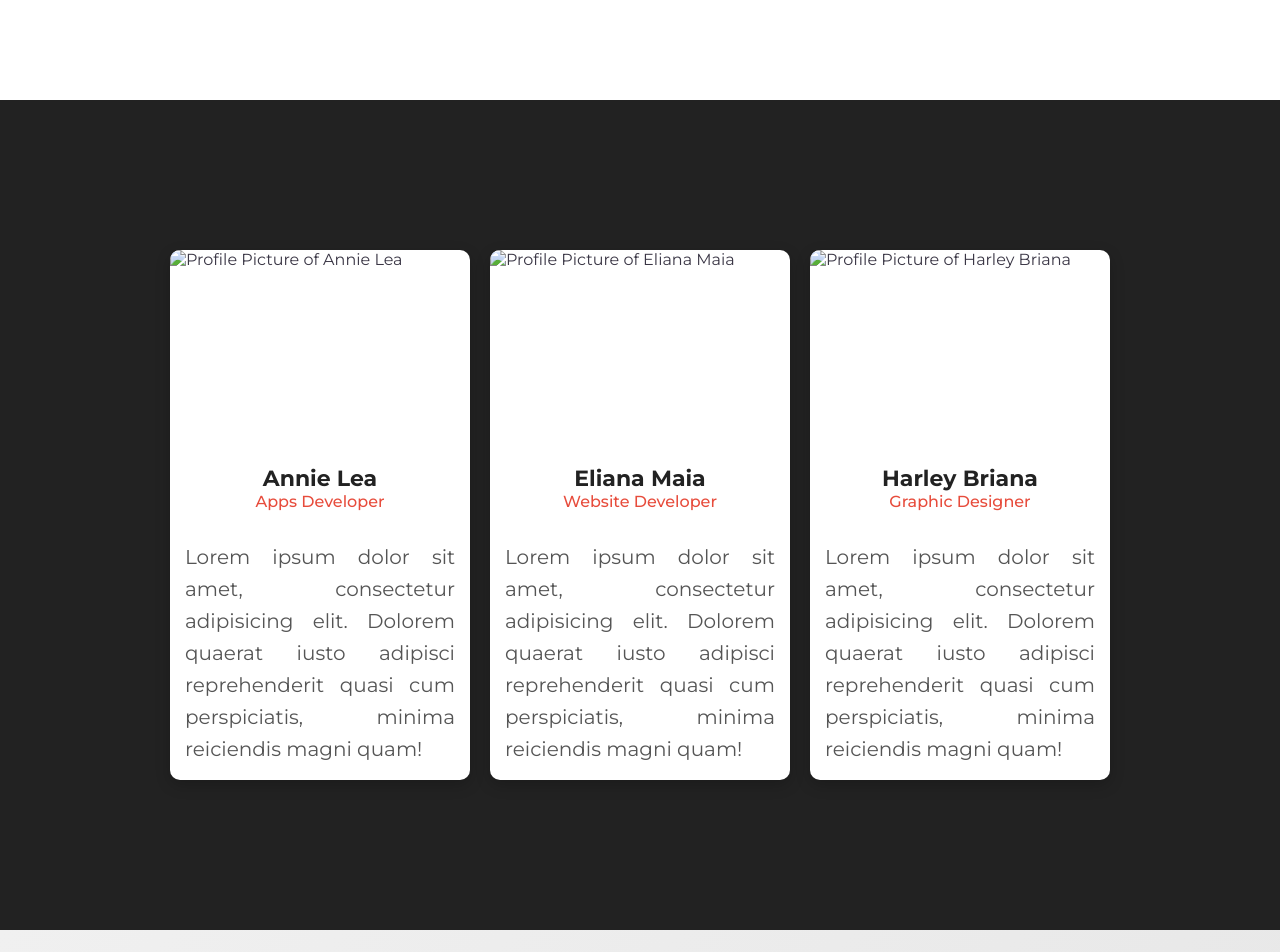
Repository: jahatesu/shelves-and-storage-equipment
Page: index.html
These files come from the project's save history. The page is drawn as it stood at one moment and after the next save; the edit follows.
The browser window is 1280 px wide. The pictures show the part of the page from y = 1995 to 2947 px (the page is 7735 px tall before and 8029 px after).
A picture or video elsewhere on the page could not be fetched, so the positions and the page height are approximate. Backgrounds fixed to the window are drawn as part of the page. Some web fonts or font styles are not loaded; a fallback is used. Some web libraries are served in a nearby version.

Above is the page before, as saved 2025-01-25 19:43:21.
Console error: TypeError: Cannot read properties of null (reading 'querySelector')

### index.html
<!DOCTYPE html>
<html lang="en">
<head>
    <meta charset="UTF-8">
    <meta name="viewport" content="width=device-width, initial-scale=1.0">
    <!-- Remix Icons -->
    <link rel="stylesheet" href="https://cdnjs.cloudflare.com/ajax/libs/remixicon/4.2.0/remixicon.css">
    <!-- Swiper CSS -->
    <link rel="stylesheet" href="assets\js\swiper-bundle.min.js" />
    <!-- CSS -->
    <link rel="stylesheet" href="style.css">
    <script src="https://cdnjs.cloudflare.com/ajax/libs/jquery/3.7.1/jquery.min.js"></script>
    <title>Shelves and Storage</title>
    <link rel="stylesheet" href="https://fonts.googleapis.com/css?family=Material+Symbols+Rounded&opsz,wght,FILL,GRAD@48,400,0,0" />
    <script  src="https://kit.fontawesome.com/64d58efce2.js" crossorigin="anonymous" ></script>
</head>

<body>

    <!-- Navigation Bar -->
    <header class="transparent">
        <div class="logo">
            <img src="assets\images\logo.png" alt="Shelves and Storage Logo">
        </div>

        <div class="navigation">
            <input type="checkbox" id="nav-checkbox">
            <label for="nav-checkbox" class="nav-toggle">
                <i class="ri-menu-fill"></i>
            </label>

            <ul class="nav-menu">
                <li><a href="#">Home</a></li>
                <li><a href="#">About Us</a></li>
                <li><a href="#">Services</a></li>
                <li><a href="#">Products</a></li>
                <li><a href="#">Contact Us</a></li>
            </ul>
        </div>
    </header>

    <!-- Hero Section -->
    <div class="hero">
        <h1 class="animate__animated animate__fadeInDown">Shelves and Storage Equipment</h1>
        <h3 class="animate__animated animate__fadeInUp">Storage and Racking Expert</h3>
    </div>

    <!-- about -->

    <div class="about-section">
        <div class="inner-container">
            <h2 class="section_title">ABOUT US</h2>
            <p class="text">
                Founded in 2015, Shelves and Storage Equipment Inc. is a trusted name in providing customized racking solutions for logistics and warehousing. We specialize in efficient, durable, and scalable storage systems designed to:
            </p>
            <ul class="skills">
    <li><i class="ri-fullscreen-line"></i> Maximize space utilization</li>
    <li><i class="ri-settings-3-line"></i> Enhance operational efficiency</li>
    <li><i class="ri-shield-check-line"></i> Improve safety standards</li>
</ul>
        </div>
    </div>

<!-- About Section -->
<section class="about section" id="about">
    <div class="about_container container grid">
        <div class="about_data">
            <h2 class="section_title">OUR MISSION</h2>
            <p class="about_description">
                Our mission is to empower businesses with tailored storage solutions that adapt to their growing needs.
            </p>
            <span class="section_subtitle">OUR SERVICES</span>
            <ul class="about_list grid">
                <li class="about_list-item">
                    <i class="ri-checkbox-circle-line"></i>
                    <span>Customized Racking Solutions</span>
                </li>
                <li class="about_list-item">
                    <i class="ri-checkbox-circle-line"></i>
                    <span>Warehouse Layout Consultation</span>
                </li>
                <li class="about_list-item">
                    <i class="ri-checkbox-circle-line"></i>
                    <span>Installation & Maintenance
                    </span>
                </li>
                <li class="about_list-item">
                    <i class="ri-checkbox-circle-line"></i>
                    <span>Storage System Upgrades
                    </span>
                </li>
            </ul>
        </div>
        <div class="about_images">
            <img src="assets/images/about_img1.png" alt="image" class="about_img1">
            <img src="assets/images/about_img2.png" alt="image" class="about_img2">
        </div>
    </div>
</section>

<!-- Services Section -->
<div class="services-container">
    <div class="service-card">
      <div class="card-image">
        <img src="#" alt="Profile Picture of Annie Lea">
      </div>
      <div class="card-header">
        <h3 class="name">Annie Lea</h3>
        <p class="role">Apps Developer</p>
      </div>
      <div class="card-content">
        <p>Lorem ipsum dolor sit amet, consectetur adipisicing elit. Dolorem quaerat iusto adipisci reprehenderit quasi cum perspiciatis, minima reiciendis magni quam!</p>
      </div>
    </div>
    <div class="service-card">
      <div class="card-image">
        <img src="#" alt="Profile Picture of Eliana Maia">
      </div>
      <div class="card-header">
        <h3 class="name">Eliana Maia</h3>
        <p class="role">Website Developer</p>
      </div>
      <div class="card-content">
        <p>Lorem ipsum dolor sit amet, consectetur adipisicing elit. Dolorem quaerat iusto adipisci reprehenderit quasi cum perspiciatis, minima reiciendis magni quam!</p>
      </div>
    </div>
    <div class="service-card">
      <div class="card-image">
        <img src="#" alt="Profile Picture of Harley Briana">
      </div>
      <div class="card-header">
        <h3 class="name">Harley Briana</h3>
        <p class="role">Graphic Designer</p>
      </div>
      <div class="card-content">
        <p>Lorem ipsum dolor sit amet, consectetur adipisicing elit. Dolorem quaerat iusto adipisci reprehenderit quasi cum perspiciatis, minima reiciendis magni quam!</p>
      </div>
    </div>
  </div>

<!-- what we offer -->
<section class="services section" id="services">
    <div class="services_container container grid">
        <div class="services_data">
            <div>
                <span class="section_subtitle">WHAT WE OFFER</span>
                <h2 class="section_title">Heavy and Light Duty Racks System</h2>
            </div>
        </div>
        <div class="services_grid">
            <article class="services_card">
                <div class="services_icon">
                    <img src="/assets/images/driveInRack.jpg" alt="Drive in Rack">
                </div>
                <h3 class="services_title">Drive in Rack</h3>
                <p>
                    Forklifts drive into storage lanes, reducing aisle space. Perfect for bulk storage.
                </p>
            </article>
            <article class="services_card">
                <div class="services_icon">
                    <img src="assets/images/cantileverRack.jpg" alt="Cantilever Rack">
                </div>
                <h3 class="services_title">Cantilever Rack</h3>
                <p>
                    Ideal for long, bulky items. Easy loading and unloading, maximizes space. Available in single or double-sided options.
                </p>
            </article>
            <article class="services_card">
                <div class="services_icon">
                    <img src="assets/images/mezzanineFloorRack.jpg" alt="Mezzanine Floor">
                </div>
                <h3 class="services_title">Mezzanine Floor</h3>
                <p>
                    Cost-effective, customizable, and durable. Ideal for storage, offices, or production areas.
                </p>
            </article>
            <article class="services_card">
                <div class="services_icon">
                    <img src="assets/images/radioShuttle.jpeg" alt="Radio Shuttle">
                </div>
                <h3 class="services_title">Radio Shuttle Racking</h3>
                <p>
                    Optimize warehouse space and efficiency. Semi-automated, high-density storage. Fast pallet handling, both FIFO and LIFO.
                </p>
            </article>
        </div>
    </div>
</section>

<!-- products -->
<section class="projects section" id="projects">
    <h2 class="section_title_products">Our Products</h2>
    <div class="projects_container container grid">
        <article class="projects_card">
            <img src="assets/images/narrowAisle.jpg" alt="Narrow Aisle Pallet Racking" class="projects_img">
            <div class="projects_data">
                <h2 class="projects_title">Narrow Aisle Pallet Racking</h2>
            </div>
        </article>
        <article class="projects_card">
            <img src="assets/images/doubleDeep.jpg" alt="Double Deep Pallet Racking" class="projects_img">
            <div class="projects_data">
                <h2 class="projects_title">Double Deep Pallet Racking</h2>
            </div>
        </article>
        <article class="projects_card">
            <img src="assets/images/lightDuty.webp" alt="Light Duty Shelves" class="projects_img">
            <div class="projects_data">
                <h2 class="projects_title">Light Duty Shelves</h2>
            </div>
        </article>
        <article class="projects_card">
            <img src="assets/images/boltLess.webp" alt="Boltless Racks" class="projects_img">
            <div class="projects_data">
                <h2 class="projects_title">Boltless Racks</h2>
            </div>
        </article>
        <article class="projects_card">
            <img src="assets/images/counterBalance.jpg" alt="Tailift Counter Balance" class="projects_img">
            <div class="projects_data">
                <h2 class="projects_title">Tailift Counter Balance</h2>
            </div>
        </article>
        <article class="projects_card">
            <img src="assets/images/reachTruck.jpg" alt="Tailift Reach Truck" class="projects_img">
            <div class="projects_data">
                <h2 class="projects_title">Tailift Reach Truck</h2>
            </div>
        </article>
        <article class="projects_card">
            <img src="assets/images/palletRack.webp" alt="Pallet Rack" class="projects_img">
            <div class="projects_data">
                <h2 class="projects_title">Pallet Rack</h2>
            </div>
        </article>
        <article class="projects_card">
            <img src="assets/images/slottedRack.webp" alt="Slotted Rack" class="projects_img">
            <div class="projects_data">
                <h2 class="projects_title">Slotted Rack</h2>
            </div>
        </article>
        <article class="projects_card">
            <img src="assets/images/smRack.webp" alt="Supermarket Rack" class="projects_img">
            <div class="projects_data">
                <h2 class="projects_title">Supermarket Rack</h2>
            </div>
        </article>
        <article class="projects_card">
            <img src="assets/images/shoppingTrolley.jpg" alt="Shopping Trolley" class="projects_img">
            <div class="projects_data">
                <h2 class="projects_title">Shopping Trolley</h2>
            </div>
        </article>
        <article class="projects_card">
            <img src="assets/images/shoppingBasket.jpg" alt="Shopping Basket" class="projects_img">
            <div class="projects_data">
                <h2 class="projects_title">Shopping Basket</h2>
            </div>
        </article>
        <article class="projects_card">
            <img src="assets/images/binBoxes.jpg" alt="Bin Boxes" class="projects_img">
            <div class="projects_data">
                <h2 class="projects_title">Bin Boxes</h2>
            </div>
        </article>
        <article class="projects_card">
            <img src="assets/images/shelving.jpeg" alt="Shelving" class="projects_img">
            <div class="projects_data">
                <h2 class="projects_title">Shelving</h2>
            </div>
        </article>
        <article class="projects_card">
            <img src="assets/images/handPallet.webp" alt="Hand Pallet" class="projects_img">
            <div class="projects_data">
                <h2 class="projects_title">Hand Pallet</h2>
            </div>
        </article>
    </div>
</section>

<!-- contacts -->
<div class="container_contact">
    <span class="big-circle"></span>
    <img src="img/shape.png" class="square" alt="" />
    <div class="form">
      <div class="contact-info">
        <h3 class="title">Let's get in touch</h3>
        <p class="text">
          Lorem ipsum dolor sit amet consectetur adipisicing elit. Saepe
          dolorum adipisci recusandae praesentium dicta!
        </p>

        <div class="info">
          <div class="information">
            <img src="img/location.png" class="icon" alt="" />
            <p>Manila - Philippines</p>
          </div>
          <div class="information">
            <img src="img/email.png" class="icon" alt="" />
            <p>shelvesandstorage.ph@gmail.com<br>
                sseisales3@gmail.com</p>
          </div>
          <div class="information">
            <img src="img/phone.png" class="icon" alt="" />
            <p>0966 750 5869<br>
                (02) 8637 3371</p>
          </div>
        </div>

        <div class="social-media">
          <p>Connect with us :</p>
          <div class="social-icons">
            <a href="#">
              <i class="fab fa-facebook-f"></i>
            </a>
            <a href="#">
              <i class="fab fa-twitter"></i>
            </a>
            <a href="#">
              <i class="fab fa-instagram"></i>
            </a>
            <a href="#">
              <i class="fab fa-linkedin-in"></i>
            </a>
          </div>
        </div>
      </div>

      <div class="contact-form">
        <span class="circle one"></span>
        <span class="circle two"></span>

        <form action="index.html" autocomplete="off">
          <h3 class="title">Contact us</h3>
          <div class="input-container">
            <input type="text" name="name" class="input" />
            <label for="">Username</label>
            <span>Username</span>
          </div>
          <div class="input-container">
            <input type="email" name="email" class="input" />
            <label for="">Email</label>
            <span>Email</span>
          </div>
          <div class="input-container">
            <input type="tel" name="phone" class="input" />
            <label for="">Phone</label>
            <span>Phone</span>
          </div>
          <div class="input-container textarea">
            <textarea name="message" class="input"></textarea>
            <label for="">Message</label>
            <span>Message</span>
          </div>
          <input type="submit" value="Send" class="btn" />
        </form>
      </div>
    </div>
  </div>

  <!-- footer -->
  <footer class="footer">
    <div class="footer_container container grid">
        <div>
            <a href="#" class="footer_logo">
                <img src="assets\images\footerLogo.png" alt="footer logo">
            </a>

            <p class="footer_description">Storage and Racking Expert</p>

            <address class="footer_email">Email: shelvesandstorage.ph@gmail.com</address>
        </div>

        <div class="footer_content grid">
            <div>
                <h3 class="footer_title">Company</h3>
                <ul class="footer_links">
                    <li>
                        <a href="#about" class="footer_link">About Us</a>
                    </li>

                    <li>
                        <a href="#services" class="footer_link">Services</a>
                    </li>

                    <li>
                        <a href="#projects" class="footer_link">Projects</a>
                    </li>
                </ul>
        </div>

        <div>
            <h3 class="footer_title">Information</h3>
            <ul class="footer_list">
                <li>
                    <address class="footer_info">Manila - Philippines</address>
                </li>

                <li>
                </li>

            </ul>
    </div>

    <div>
        <h3 class="footer_title">Social Media</h3>

        <div class="footer_social">
            <a href="#" target="_blank" class="footer_social-link">
                <i class="ri-facebook-circle-line"></i>
            </a>

            <a href="#" target="_blank" class="footer_social-link">
                <i class="ri-instagram-line"></i>
            </a>

            <a href="#" target="_blank" class="footer_social-link">
                <i class="ri-twitter-x-line"></i>
            </a>
        </div>
</div>

    </div>

    <span class="footer_copy">

    </span>
</footer>

<script src="main.js">
</script>

</body>
</html>

Loaded but not shown: assets/js/swiper-bundle.min.js (library); main.js (103 lines, source omitted); style.css (1391 lines, source omitted)

After the next save:
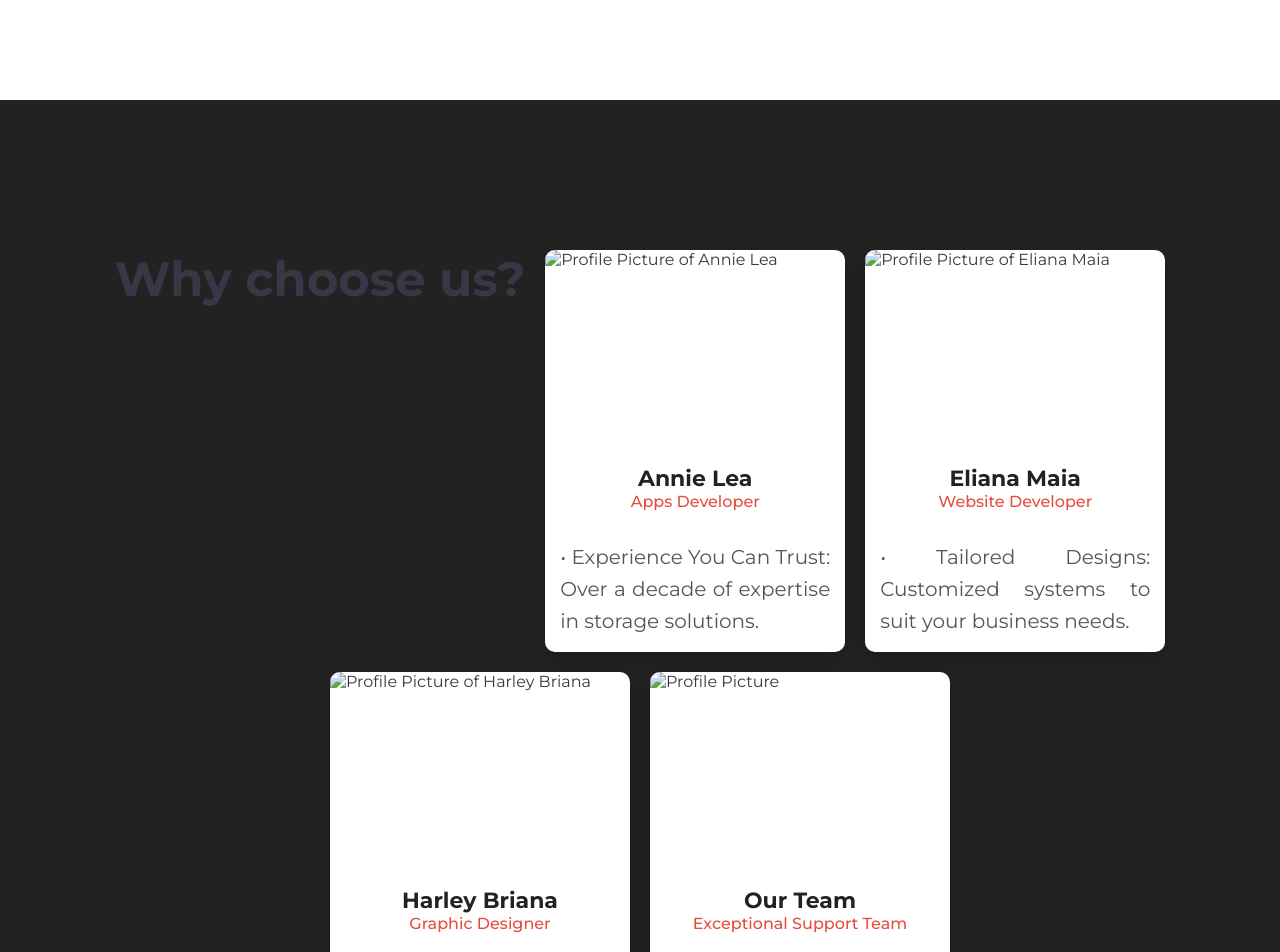
Saved 37 s later.
--- a/index.html
+++ b/index.html
@@ -100,43 +100,67 @@
 
 <!-- Services Section -->
 <div class="services-container">
+    <!-- Title Header -->
+    <div class="services-title">
+        <h2>Why choose us?</h2>
+    </div>
+
+    <!-- Service Card 1 -->
     <div class="service-card">
-      <div class="card-image">
-        <img src="#" alt="Profile Picture of Annie Lea">
-      </div>
-      <div class="card-header">
-        <h3 class="name">Annie Lea</h3>
-        <p class="role">Apps Developer</p>
-      </div>
-      <div class="card-content">
-        <p>Lorem ipsum dolor sit amet, consectetur adipisicing elit. Dolorem quaerat iusto adipisci reprehenderit quasi cum perspiciatis, minima reiciendis magni quam!</p>
-      </div>
-    </div>
+        <div class="card-image">
+            <img src="#" alt="Profile Picture of Annie Lea">
+        </div>
+        <div class="card-header">
+            <h3 class="name">Annie Lea</h3>
+            <p class="role">Apps Developer</p>
+        </div>
+        <div class="card-content">
+            <p>• Experience You Can Trust: Over a decade of expertise in storage solutions.</p>
+        </div>
+    </div>
+
+    <!-- Service Card 2 -->
     <div class="service-card">
-      <div class="card-image">
-        <img src="#" alt="Profile Picture of Eliana Maia">
-      </div>
-      <div class="card-header">
-        <h3 class="name">Eliana Maia</h3>
-        <p class="role">Website Developer</p>
-      </div>
-      <div class="card-content">
-        <p>Lorem ipsum dolor sit amet, consectetur adipisicing elit. Dolorem quaerat iusto adipisci reprehenderit quasi cum perspiciatis, minima reiciendis magni quam!</p>
-      </div>
-    </div>
+        <div class="card-image">
+            <img src="#" alt="Profile Picture of Eliana Maia">
+        </div>
+        <div class="card-header">
+            <h3 class="name">Eliana Maia</h3>
+            <p class="role">Website Developer</p>
+        </div>
+        <div class="card-content">
+            <p>• Tailored Designs: Customized systems to suit your business needs.</p>
+        </div>
+    </div>
+
+    <!-- Service Card 3 -->
     <div class="service-card">
-      <div class="card-image">
-        <img src="#" alt="Profile Picture of Harley Briana">
-      </div>
-      <div class="card-header">
-        <h3 class="name">Harley Briana</h3>
-        <p class="role">Graphic Designer</p>
-      </div>
-      <div class="card-content">
-        <p>Lorem ipsum dolor sit amet, consectetur adipisicing elit. Dolorem quaerat iusto adipisci reprehenderit quasi cum perspiciatis, minima reiciendis magni quam!</p>
-      </div>
-    </div>
-  </div>
+        <div class="card-image">
+            <img src="#" alt="Profile Picture of Harley Briana">
+        </div>
+        <div class="card-header">
+            <h3 class="name">Harley Briana</h3>
+            <p class="role">Graphic Designer</p>
+        </div>
+        <div class="card-content">
+            <p>• High-Quality Materials: Durable and long-lasting products.</p>
+        </div>
+    </div>
+
+    <!-- Service Card 4 -->
+    <div class="service-card">
+        <div class="card-image">
+            <img src="#" alt="Profile Picture">
+        </div>
+        <div class="card-header">
+            <h3 class="name">Our Team</h3>
+            <p class="role">Exceptional Support Team</p>
+        </div>
+        <div class="card-content">
+            <p>• Exceptional Support: Reliable service from consultation to installation.</p>
+        </div>
+    </div>
+</div>
 
 <!-- what we offer -->
 <section class="services section" id="services">
